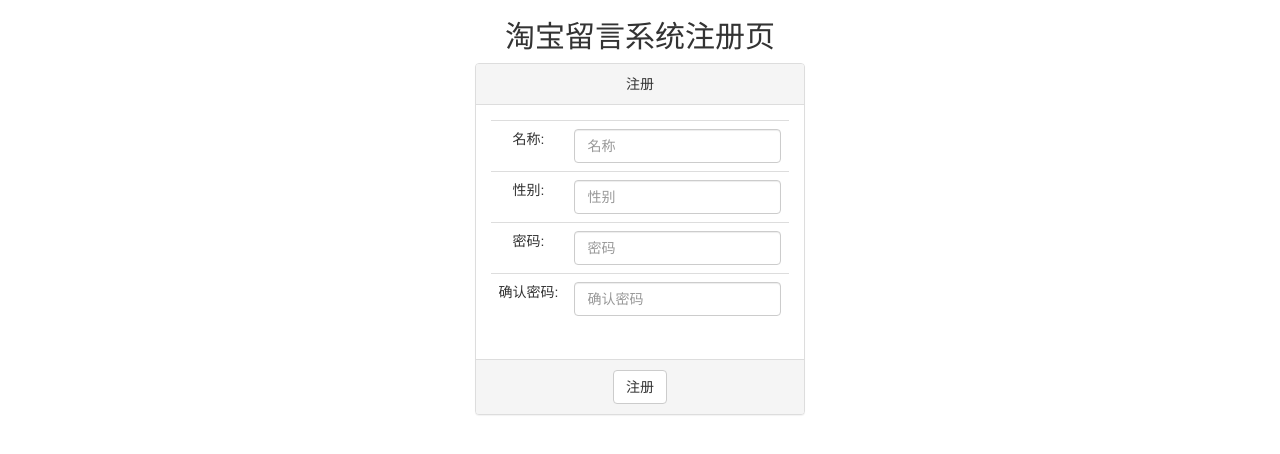
Repository: suxiaohutot/PHP
Page: http://localhost/zhuce.php
These files come from the project's save history. The page is drawn as it stood at one moment and after the next save; the edit follows.
The browser window is 1280 px wide. The pictures show the whole page.
The page is run by PHP 8.4 with error messages shown; the project is at /var/www/html/.

Above is the page before, as saved 2019-11-01 06:54:51.

### test/zhuce.php
<!doctype html>
<html>
<head>
	<meta charset="utf-8">
	<title>注册</title>
	<link href="css/bootstrap.min.css" rel="stylesheet" />
	<style type="text/css">
	body{ text-align:center}
	</style>
</head>
<body>
    <div>
    	<form action="regist.php" method="post" class="container">
    		<div ><h2>淘宝留言系统注册页</h2></div>
    		<div class="form-inline">
    			<div class="form-group">
        			<div class="panel panel-default">
                    	<div class="panel-heading">
                    		注册
                    	</div>
                    	<div class="panel-body">
                    		<table class="table">
                                <tr>
                                	<td>名称:</td>
                                	<td><input type="text" name="name" class="form-control" placeholder="名称"></td>
                                </tr>
                                <tr>
                                	<td>性别:</td>
                                	<td><input type="text" name="sex" class="form-control" placeholder="性别"></td>
                                </tr>

                                <tr>
                                	<td>密码:</td>
                                	<td><input type="password" name="password" class="form-control" placeholder="密码"></td>
                                </tr>

                                <tr>
                                	<td>确认密码:</td>
                                	<td><input type="password" name="confirmpaswd"  class="form-control" placeholder="确认密码"></td>
                                </tr>

                            </table>
                		</div>
                		<div class="panel-footer">
                			<div class="center-button">
                				<button class="btn btn-default" class="btn btn-info">注册</button>
    						</div>
                		</div>
            		</div>
				</div>
    		</div>

        </form>
    </div>

</body>

</html>

Loaded but not shown: test/css/bootstrap.min.css (library)

After the next save:
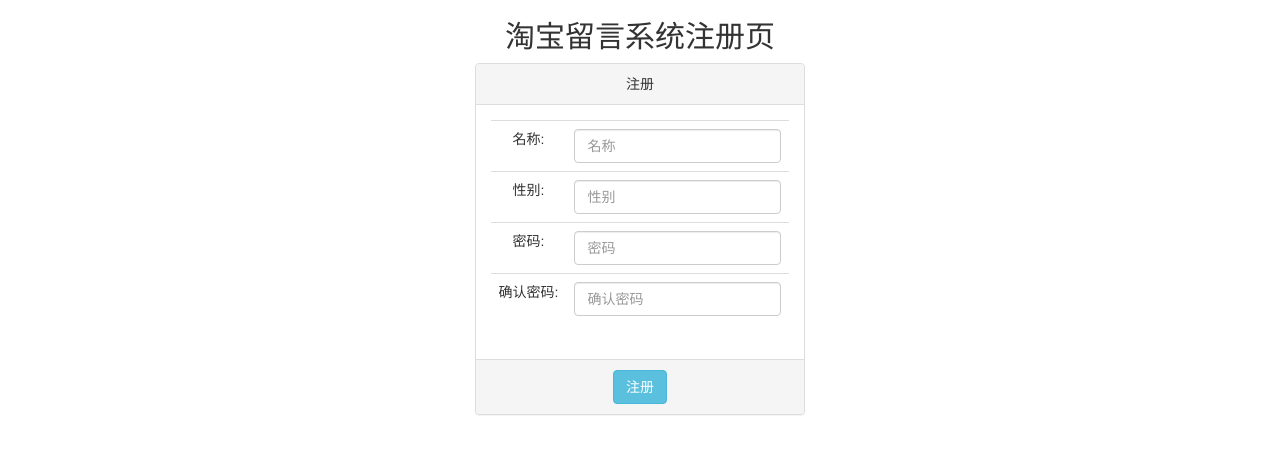
Saved 16 s later.
--- a/test/zhuce.php
+++ b/test/zhuce.php
@@ -43,7 +43,8 @@
                 		</div>
                 		<div class="panel-footer">
                 			<div class="center-button">
-                				<button class="btn btn-default" class="btn btn-info">注册</button>
+                				<button  class="btn btn-info">注册</button>
+<!--                 				class="btn btn-default" -->
     						</div>
                 		</div>
             		</div>
